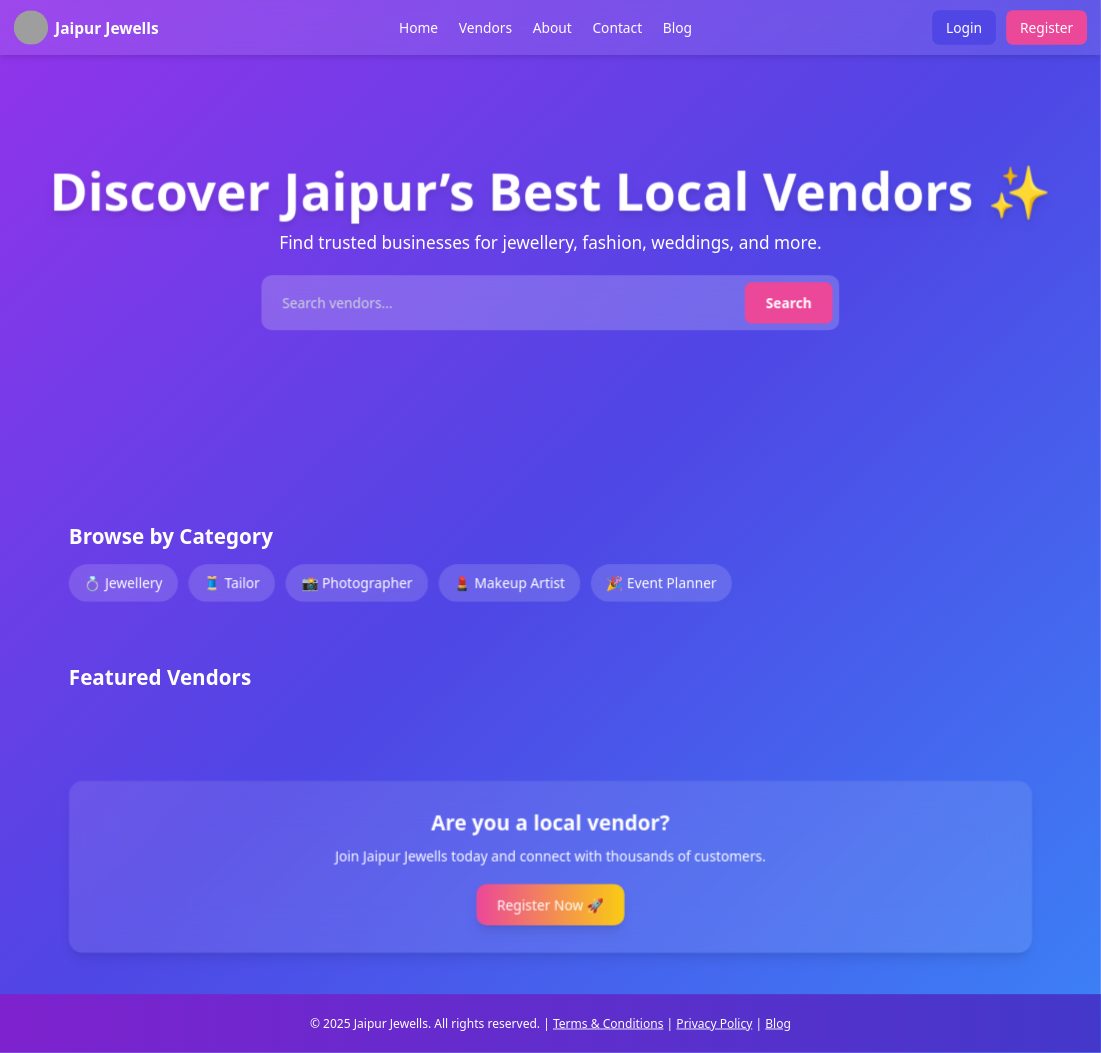
Repository: aayushtailor/VendorConnect
Page: index.html
These files come from the project's save history. The page is drawn as it stood at one moment and after the next save; the edit follows.
The browser window is 1280 px wide. The pictures show the whole page, at 86% of full size.
Pictures or frames that could not be fetched are drawn as grey boxes. Some web libraries are served in a nearby version.

Above is the page before, as saved 2025-09-20 12:43:30.
Console error: SyntaxError: Illegal return statement

### index.html
<!doctype html>
<html lang="en">
<head>
  <meta charset="utf-8" />
  <meta name="viewport" content="width=device-width, initial-scale=1" />
  <title>Jaipur Jewells — Trendy Vendor Directory</title>
  <script src="https://cdn.tailwindcss.com"></script>
  <link href="https://unpkg.com/aos@2.3.1/dist/aos.css" rel="stylesheet">
  <script src="https://unpkg.com/aos@2.3.1/dist/aos.js"></script>
  <link rel="stylesheet" href="styles.css">
  <link href="https://unpkg.com/aos@2.3.1/dist/aos.css" rel="stylesheet">
<script src="https://unpkg.com/aos@2.3.1/dist/aos.js"></script>

</head>
<body class="bg-gradient-to-br from-purple-600 via-indigo-600 to-blue-500 text-white">

 <!-- Navbar -->
<!-- Navbar -->
<nav class="fixed top-0 left-0 w-full z-50 bg-white/10 backdrop-blur-md shadow-md">
  <div class="max-w-7xl mx-auto px-4 py-3 flex justify-between items-center">
    <!-- Logo -->
    <div class="flex items-center gap-2">
      <img src="logo.png" alt="Logo" class="w-10 h-10 rounded-full">
      <span class="font-bold text-lg text-white">Jaipur Jewells</span>
    </div>

    <!-- Desktop Links -->
    <div class="hidden md:flex items-center gap-6 text-white font-medium">
      <a href="index.html" class="hover:text-pink-300">Home</a>
      <a href="vendor.html" class="hover:text-pink-300">Vendors</a>
      <a href="about.html" class="hover:text-pink-300">About</a>
      <a href="contact.html" class="hover:text-pink-300">Contact</a>
      <a href="blog.html" class="hover:text-pink-300">Blog</a>
    </div>

    <!-- CTA -->
    <div class="flex items-center gap-3">
      <a href="login.html" class="hidden md:block px-4 py-2 bg-indigo-600 text-white rounded-lg hover:bg-indigo-700">Login</a>
      <a href="register.html" class="hidden md:block px-4 py-2 bg-pink-500 text-white rounded-lg hover:bg-pink-600">Register</a>
      <!-- Hamburger for Mobile -->
      <button id="menuBtn" class="md:hidden flex flex-col gap-1">
        <span class="w-6 h-0.5 bg-white"></span>
        <span class="w-6 h-0.5 bg-white"></span>
        <span class="w-6 h-0.5 bg-white"></span>
      </button>
    </div>
  </div>
</nav>

<!-- Mobile Menu -->
<div id="mobileMenu" class="fixed inset-0 bg-black/70 backdrop-blur-md z-40 hidden">
  <div class="absolute top-0 right-0 w-64 h-full bg-white/90 text-gray-900 shadow-lg p-6 flex flex-col">
    <button id="closeMenu" class="self-end mb-6 text-2xl font-bold text-gray-700">&times;</button>
    <a href="index.html" class="mb-4 text-lg font-semibold hover:text-pink-500">Home</a>
    <a href="index.html#vendorsGrid" class="mb-4 text-lg font-semibold hover:text-pink-500">Vendors</a>
    <a href="about.html" class="mb-4 text-lg font-semibold hover:text-pink-500">About</a>
    <a href="contact.html" class="mb-4 text-lg font-semibold hover:text-pink-500">Contact</a>
    <a href="blog.html" class="mb-6 text-lg font-semibold hover:text-pink-500">Blog</a>
    <a href="login.html" class="mb-3 px-4 py-2 bg-indigo-600 text-white rounded-lg text-center hover:bg-indigo-700">Login</a>
    <a href="register.html" class="px-4 py-2 bg-pink-500 text-white rounded-lg text-center hover:bg-pink-600">Register</a>
  </div>
</div>


<!-- Mobile Menu -->
<div id="mobileMenu" class="fixed inset-0 bg-black/70 backdrop-blur-md z-40 hidden">
  <div class="absolute top-0 right-0 w-64 h-full bg-white/90 text-gray-900 shadow-lg p-6 flex flex-col">
    <button id="closeMenu" class="self-end mb-6 text-2xl font-bold text-gray-700">&times;</button>
    <a href="index.html" class="mb-4 text-lg font-semibold hover:text-pink-500">Home</a>
    <a href="#vendorsGrid" class="mb-4 text-lg font-semibold hover:text-pink-500">Vendors</a>
    <a href="about.html" class="mb-4 text-lg font-semibold hover:text-pink-500">About</a>
    <a href="contact.html" class="mb-6 text-lg font-semibold hover:text-pink-500">Contact</a>
    <a href="login.html" class="mb-3 px-4 py-2 bg-indigo-600 text-white rounded-lg text-center hover:bg-indigo-700">Login</a>
    <a href="register.html" class="px-4 py-2 bg-pink-500 text-white rounded-lg text-center hover:bg-pink-600">Register</a>
  </div>
</div>


  <!-- Hero Section -->
  <section class="relative h-[80vh] flex flex-col justify-center items-center text-center px-4">
    <h1 data-aos="fade-up" class="text-4xl md:text-6xl font-extrabold mb-4 drop-shadow-lg">
      Discover Jaipur’s Best Local Vendors ✨
    </h1>
    <p data-aos="fade-up" data-aos-delay="200" class="text-lg md:text-xl mb-6">
      Find trusted businesses for jewellery, fashion, weddings, and more.
    </p>
    <div data-aos="fade-up" data-aos-delay="400" class="flex w-full max-w-2xl bg-white/20 backdrop-blur-lg rounded-xl p-2">
      <input id="searchInput" placeholder="Search vendors..." class="flex-1 bg-transparent px-4 py-3 text-white placeholder-gray-300 focus:outline-none" />
      <button id="searchBtn" class="px-6 py-3 bg-pink-500 hover:bg-pink-600 rounded-lg text-white font-semibold">
        Search
      </button>
    </div>
  </section>

  <!-- Categories -->
  <section class="max-w-6xl mx-auto px-4 py-8">
    <h2 class="text-2xl font-bold mb-4">Browse by Category</h2>
    <div class="flex gap-3 overflow-x-auto pb-2">
      <div class="category-chip">💍 Jewellery</div>
      <div class="category-chip">🧵 Tailor</div>
      <div class="category-chip">📸 Photographer</div>
      <div class="category-chip">💄 Makeup Artist</div>
      <div class="category-chip">🎉 Event Planner</div>
    </div>
  </section>

  <!-- Vendors Section -->
  <section class="max-w-6xl mx-auto px-4 py-8">
    <h2 class="text-2xl font-bold mb-6">Featured Vendors</h2>
    <div id="vendorsGrid" class="grid grid-cols-1 sm:grid-cols-2 lg:grid-cols-3 gap-6"></div>
    <p id="noResults" class="text-center text-gray-200 mt-8 hidden">No vendors found.</p>
  </section>

  <!-- CTA Banner -->
  <section class="max-w-6xl mx-auto px-4 py-12 text-center">
    <div class="bg-white/10 backdrop-blur-xl rounded-2xl p-8 shadow-lg">
      <h3 class="text-2xl font-bold mb-3">Are you a local vendor?</h3>
      <p class="mb-5">Join Jaipur Jewells today and connect with thousands of customers.</p>
      <a href="register.html" class="px-6 py-3 bg-gradient-to-r from-pink-500 to-yellow-400 text-white rounded-xl shadow-lg hover:scale-105 transition inline-block">
        Register Now 🚀
      </a>
    </div>
  </section>

 <!-- Footer -->
<footer class="bg-gradient-to-r from-purple-700 to-indigo-700 text-center py-6">
  <p class="text-sm">
    &copy; 2025 Jaipur Jewells. All rights reserved. |
    <a href="terms.html" class="underline hover:text-yellow-300">Terms & Conditions</a> |
    <a href="privacy.html" class="underline hover:text-yellow-300">Privacy Policy</a> |
    <a href="blog.html" class="underline hover:text-yellow-300">Blog</a>
  </p>
</footer>



  <!-- JS -->
  <script src="app.js"></script>
  <script>AOS.init({ duration: 800, once: true });</script>
</body>
</html>

### styles.css
.category-chip {
  background: rgba(255,255,255,0.15);
  backdrop-filter: blur(10px);
  padding: 10px 18px;
  border-radius: 9999px;
  font-weight: 500;
  white-space: nowrap;
  transition: 0.2s;
}
.category-chip:hover {
  background: rgba(255,255,255,0.25);
  cursor: pointer;
}

### app.js
// Dummy Vendors (later connect to Flask API)
const dummyVendors = [
  { id: 1, name: "Aayush Tailor", business_name: "Elegant Stitches", category: "Tailor", city: "Jaipur", description: "Custom clothing and modern designs.", phone: "9998887777" },
  { id: 2, name: "Rohan Jewels", business_name: "Rohan Goldsmith", category: "Jewellery", city: "Jaipur", description: "Traditional and modern gold jewellery.", whatsapp: "9995554444" }
];

// Create vendor card
return `
  <div data-aos="fade-up" data-aos-delay="${v.id * 100}"
       class="bg-white/30 backdrop-blur-md rounded-2xl shadow-lg hover:shadow-xl transform hover:scale-[1.02] transition duration-300">
    ...
  </div>
`;

function makeCard(v){
  const name = v.business_name ? v.business_name : (v.name || "Unnamed Vendor");
  const category = v.category || "Uncategorized";
  const city = v.city || "Jaipur";
  const desc = v.description ? v.description.slice(0, 90) : "No description available";

  return `
    <div data-aos="fade-up"
         class="bg-white/30 backdrop-blur-md rounded-2xl overflow-hidden shadow-lg hover:shadow-xl transform hover:scale-[1.02] transition duration-300">
      <img src="placeholder.jpg" class="w-full h-48 object-cover" alt="${name}" />
      <div class="p-5 text-gray-900">
        <h3 class="text-lg font-bold text-gray-800">${name}</h3>
        <p class="text-sm text-gray-600 mb-2">${category} • ${city}</p>
        <p class="text-sm text-gray-700 mb-3">${desc}...</p>
        <div class="flex justify-between items-center">
          <a href="vendor.html?id=${v.id}"
             class="text-sm font-semibold text-indigo-600 hover:text-indigo-800">
             View Profile →
          </a>
          <div class="flex gap-2">
            ${v.phone ? `<a href="tel:${v.phone}" class="text-xs px-3 py-1 bg-indigo-600 text-white rounded-full hover:bg-indigo-700 transition">Call</a>` : ''}
            ${v.whatsapp ? `<a href="https://wa.me/${v.whatsapp}" target="_blank" class="text-xs px-3 py-1 bg-green-600 text-white rounded-full hover:bg-green-700 transition">WhatsApp</a>` : ''}
          </div>
        </div>
      </div>
    </div>
  `;
}

// Render vendors
function render(){
  const grid = document.getElementById('vendorsGrid');
  const search = document.getElementById('searchInput').value.toLowerCase();
  const filtered = dummyVendors.filter(v=>{
    const text = `${v.business_name} ${v.name} ${v.category} ${v.city}`.toLowerCase();
    return (!search || text.includes(search));
  });

  grid.innerHTML = filtered.map(makeCard).join('');
  document.getElementById('noResults').classList.toggle('hidden', filtered.length>0);
  AOS.refresh();
}

// Events
document.addEventListener('DOMContentLoaded', ()=>{
  render();
  document.getElementById('searchBtn').onclick = render;
  document.getElementById('searchInput').onkeyup = (e)=>{ if(e.key==='Enter') render(); };

  document.getElementById('openRegister').onclick = ()=> alert("Registration form coming soon!");
});
// Navbar Mobile Menu
document.addEventListener("DOMContentLoaded", () => {
  const menuBtn = document.getElementById("menuBtn");
  const closeMenu = document.getElementById("closeMenu");
  const mobileMenu = document.getElementById("mobileMenu");

  if(menuBtn && closeMenu && mobileMenu){
    menuBtn.addEventListener("click", () => {
      mobileMenu.classList.remove("hidden");
    });
    closeMenu.addEventListener("click", () => {
      mobileMenu.classList.add("hidden");
    });
  }

  // Mobile Register button
  const mobileRegister = document.getElementById("mobileRegister");
  if(mobileRegister){
    mobileRegister.addEventListener("click", () => {
      alert("Registration form coming soon!");
      mobileMenu.classList.add("hidden");
    });
  }
});

After the next save:
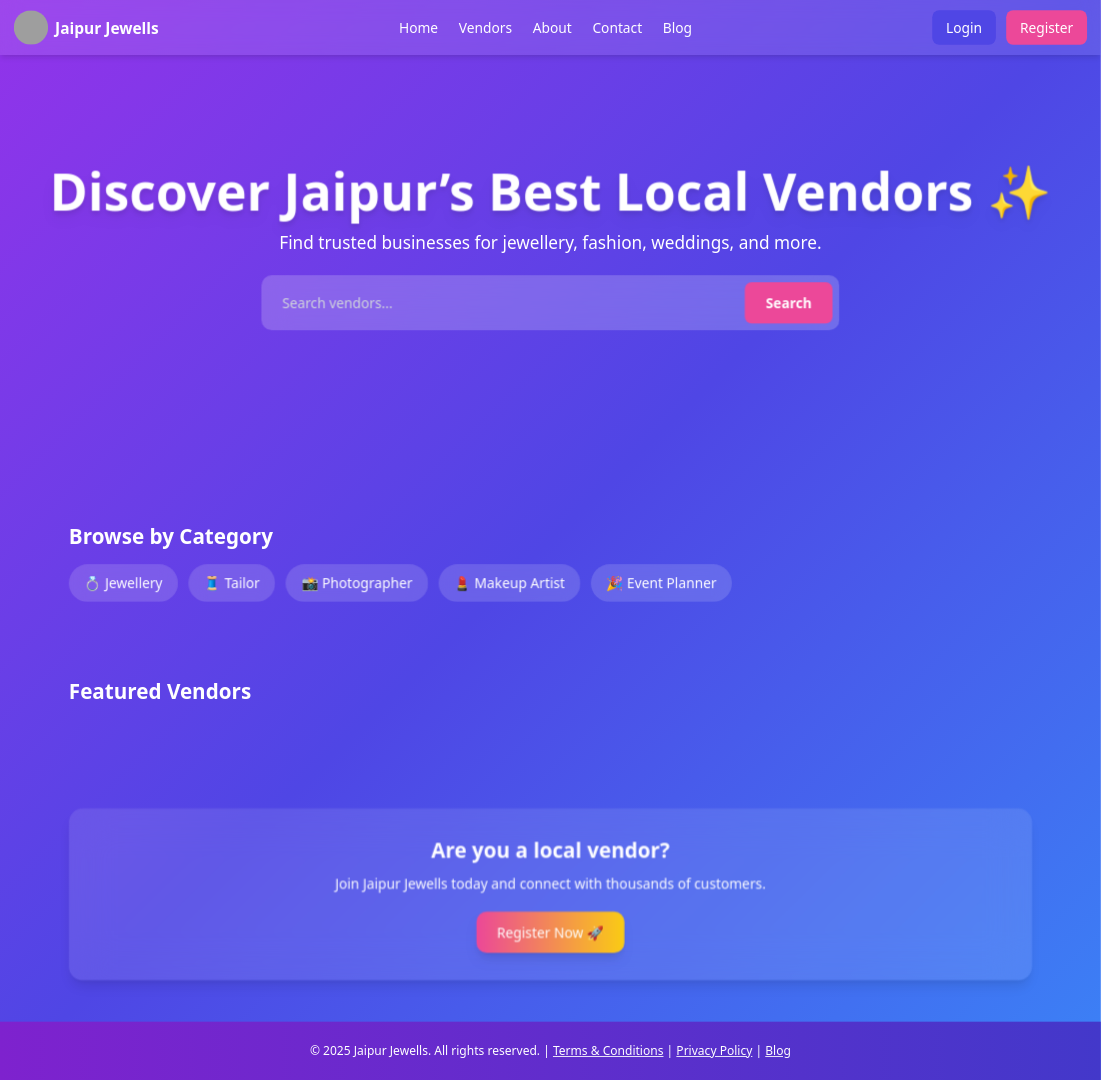
Saved 25 s later.
--- a/index.html
+++ b/index.html
@@ -105,11 +105,12 @@
   </section>
 
   <!-- Vendors Section -->
-  <section class="max-w-6xl mx-auto px-4 py-8">
-    <h2 class="text-2xl font-bold mb-6">Featured Vendors</h2>
-    <div id="vendorsGrid" class="grid grid-cols-1 sm:grid-cols-2 lg:grid-cols-3 gap-6"></div>
-    <p id="noResults" class="text-center text-gray-200 mt-8 hidden">No vendors found.</p>
-  </section>
+<section class="max-w-6xl mx-auto px-4 py-12">
+  <h2 data-aos="fade-up" class="text-2xl font-bold mb-6">Featured Vendors</h2>
+  <div id="vendorsGrid" class="grid md:grid-cols-3 gap-6"></div>
+  <p id="noResults" class="text-center text-gray-200 mt-6 hidden">No vendors found</p>
+</section>
+
 
   <!-- CTA Banner -->
   <section class="max-w-6xl mx-auto px-4 py-12 text-center">
